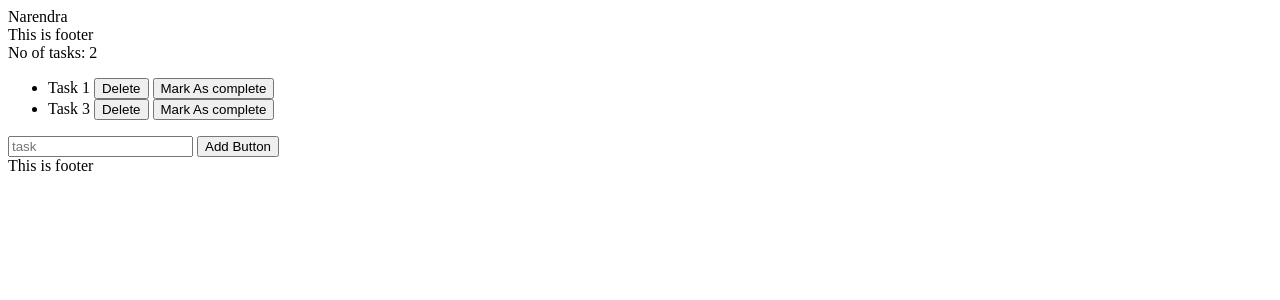
Repository: narendraiitm/jan-2023-term-live-session
Page: todo-vue/index.html
An editor plug-in stored every save of this project. The page is shown before and after the next save, followed by the edit.
The browser window is 1280 px wide. The pictures show the whole page.

Above is the page before, as saved 2023-02-16 17:42:03.

### todo-vue/index.html
<!DOCTYPE html>
<html lang="en">
  <head>
    <meta charset="UTF-8" />
    <meta http-equiv="X-UA-Compatible" content="IE=edge" />
    <meta name="viewport" content="width=device-width, initial-scale=1.0" />
    <title>Document</title>
    <style>
      .complete {
        color: red;
      }
    </style>
  </head>
  <body>
    <div id="app"></div>
    <script src="https://cdn.jsdelivr.net/npm/vue@2/dist/vue.js"></script>
    <script src="./app.js" type="module"></script>
  </body>
</html>

### todo-vue/app.js
import Footer from './Components/Footer.js'
import Task from './Components/Task.js'

Vue.component('Header', {
  template: `<div> {{name}}
  <Footer />
  </div>`,
  data() {
    return {
      name: 'Narendra',
    }
  },
  components: {
    Footer: Footer,
  },
})

new Vue({
  // options object
  el: '#app',
  template: `<div>
  <Header />
  <div> No of tasks: {{noOfTasks}} </div>
  <ul>
    <Task />
    <li v-for='(task, index) in tasks'>
        <span :class='{complete: task.complete}'>{{task.name}}</span>
        <button @click='deleteTask(index)'> Delete</button>
        <button @click='markAsComplete(index)'> Mark As complete</button>
    </li>
  </ul>
  <input placeholder='task' v-model='currentTask' />
  <button @click='addTask()'> Add Button </button>
  <Footer />
  </div>`,
  data: {
    currentTask: null,
    tasks: [
      { name: 'Task 1', complete: false },
      { name: 'Task 3', complete: false },
    ],
  },
  components: {
    Footer,
    Task,
  },
  methods: {
    addTask() {
      this.tasks.push({ name: this.currentTask })
    },
    deleteTask(index) {
      this.tasks.splice(index, 1)
    },
    markAsComplete(index) {
      this.tasks[index].complete = true
    },
  },
  computed: {
    noOfTasks() {
      return this.tasks.length
    },
  },
  watch: {
    currentTask(newVal, oldVal) {
      if (newVal.length > 5) {
        alert('Length of the task cannot be more then 5')
      }
    },
  },
})

### todo-vue/Components/Footer.js
export default {
  template: `<div> This is footer </div>`,
}

### todo-vue/Components/Task.js
export default {
  template: `<div>
    <span>{{task.name}}</span>
    </div>`,

  data() {
    return {
      task: { name: task5 },
    }
  },
}

After the next save:
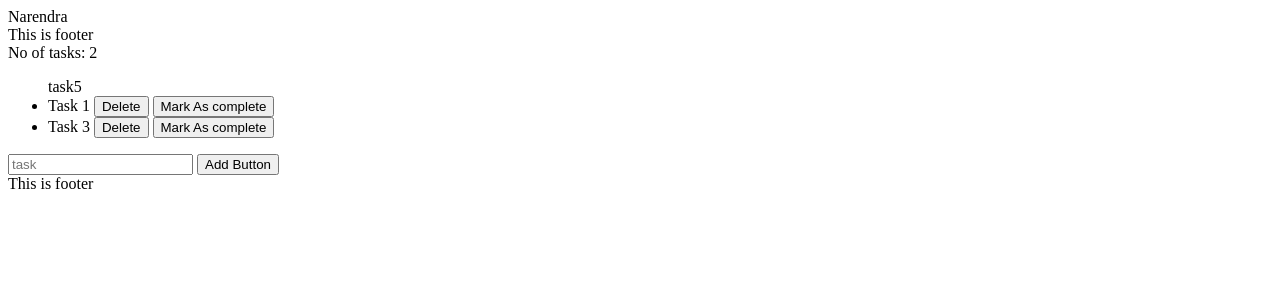
Saved 29 s later.
--- a/todo-vue/Components/Task.js
+++ b/todo-vue/Components/Task.js
@@ -5,7 +5,7 @@ export default {
 
   data() {
     return {
-      task: { name: task5 },
+      task: { name: 'task5' },
     }
   },
 }
